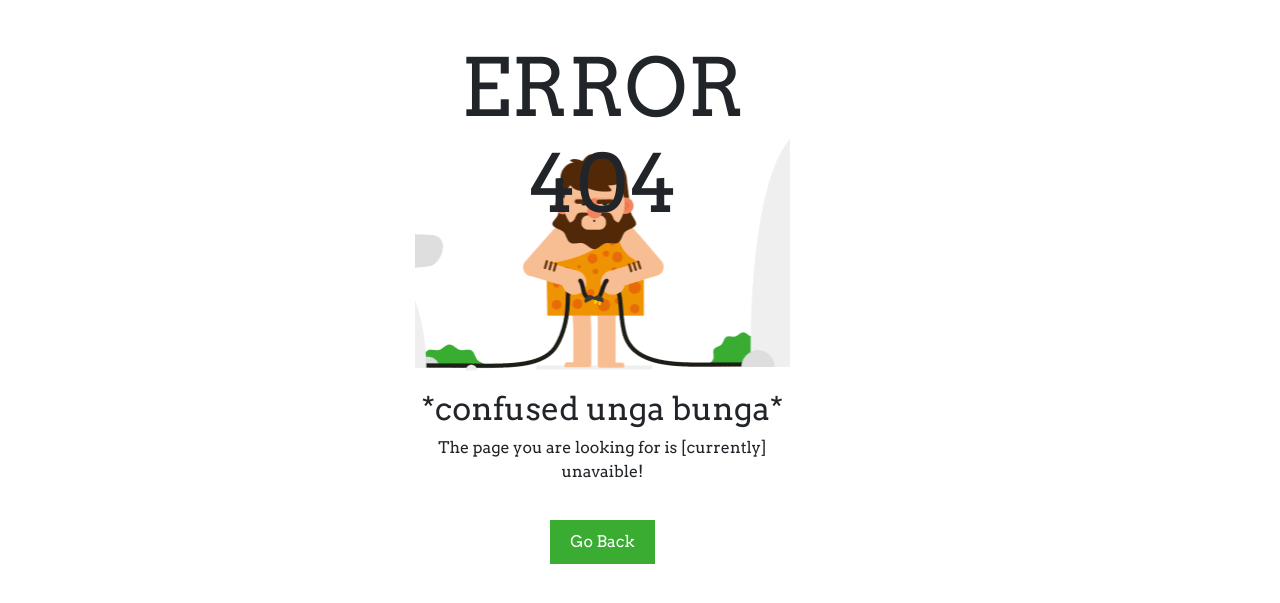
Repository: Delos-343/404-ERROR
Page: index.html
An editor plug-in stored every save of this project. The page is shown before and after the next save, followed by the edit.
The browser window is 1280 px wide. The pictures show the whole page.

Above is the page before, as saved 2022-04-23 16:18:13.

After the next save:
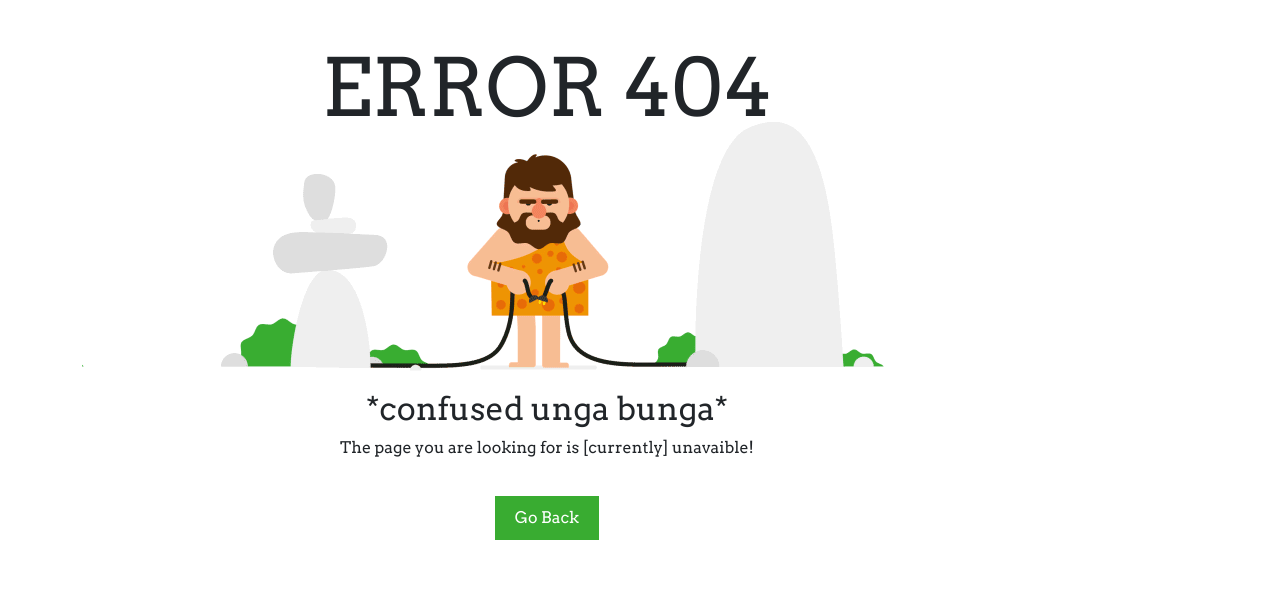
Saved 19 s later.
--- a/style.css
+++ b/style.css
@@ -4,11 +4,6 @@
   font-family: "Arvo", serif;
   display: grid;
   align-items: center;
-  justify-content: center;
-}
-.container {
-  width: 100%;
-  margin: auto;
 }
 .page_404 img {
   width: 100%;
